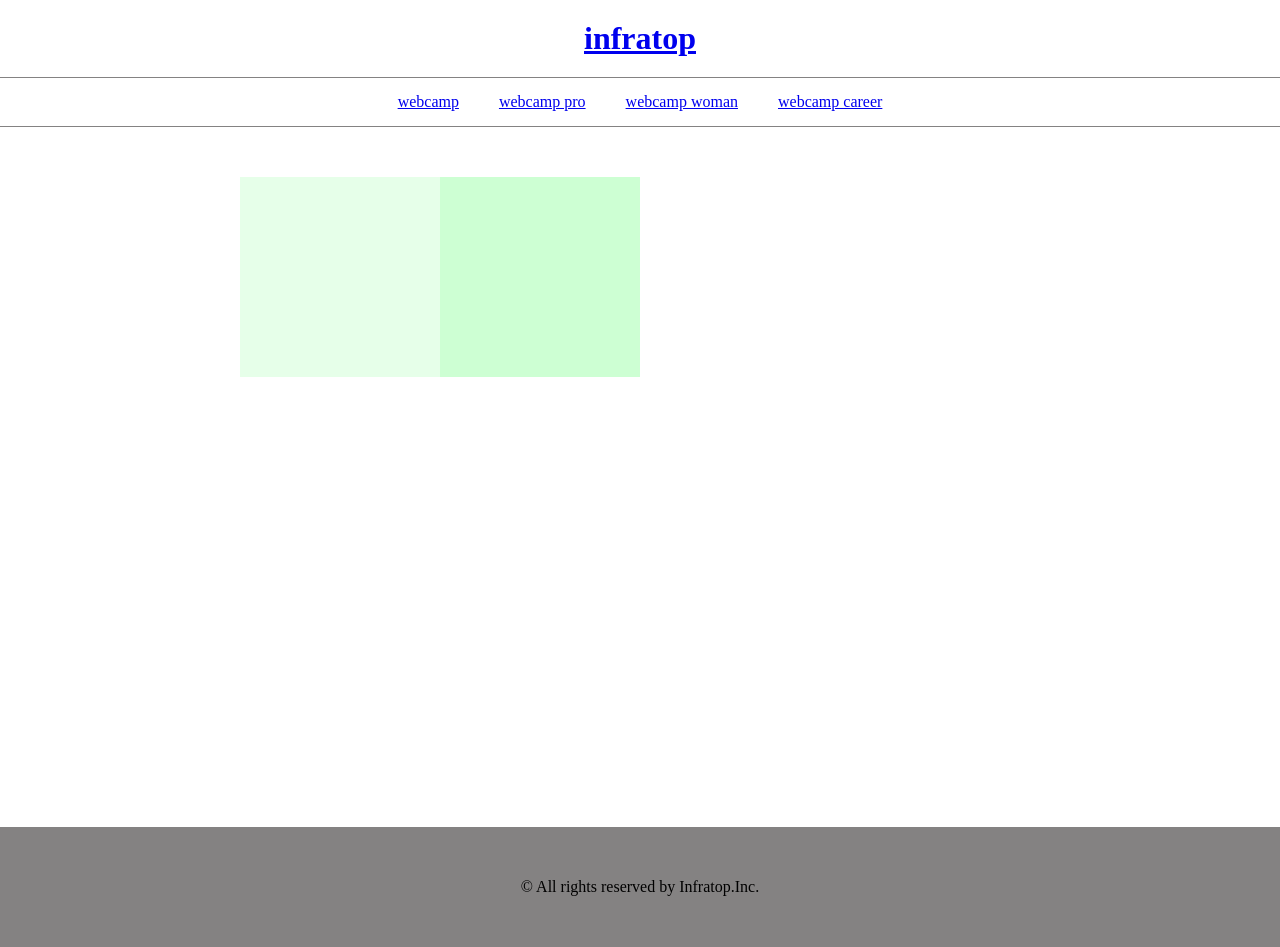
Repository: Yuya0829/HTML
Page: exercise/exercise5.html
The author's editor kept a record of every edit. The page is drawn from the files as they stood at one moment, then again after the next edit.
The browser window is 1280 px wide. The pictures show the whole page.

Above is the page before.

### exercise/exercise5.html
<!DOCTYPE html>
<html lang="ja">
  <head>
    <meta charset="UTF-8" />
    <link rel="stylesheet" href="exercise5.css" />
    <title>EXERCISE5</title>
  </head>

  <body>
    <header>
      <h1 class="heading">
        <a href="exercise5.html">
          infratop
        </a>
      </h1>
    </header>

    <nav>
      <ul class="nav-list">
        <li class="nav-list-item">
          <a href="https://web-camp.io">webcamp</a>
        <li class="nav-list-item">
          <a href="https://web-camp.io">webcamp pro</a>
        <li class="nav-list-item">
          <a href="https://web-camp.io">webcamp woman</a>
        <li class="nav-list-item">
          <a href="https://web-camp.io">webcamp career</a>
        </li>
      </ul>
    </nav>

    <div class="main">
      <div class="box1"></div>
      <div class="box2"></div>
      <div class="box3"></div>
      <div class="box4"></div>
      <div class="box5"></div>
      <div class="box6"></div>
      <div class="box7"></div>
      <div class="box8"></div>
      <div class="box9"></div>
      <div class="box10"></div>
      <div class="box11"></div>
      <div class="box12"></div>
    </div>

    <footer>
      <p class="footer-text">© All rights reserved by Infratop.Inc.</p>
    </footer>
  </body>
</html>

### exercise/exercise5.css
* {
  margin: 0;
  padding: 0;
  box-sizing: border-box;
}

header {
  width: 100%;
  padding: 20px 0;
  margin: 0 auto;
  text-align: center;
}

.nav-list {
  text-align: center;
  padding: 15px 0;
  margin: 0 auto;
  border-bottom: 1px solid #848282;
  border-top: 1px solid #848282;
}

.nav-list-item {
  list-style: none;
  display: inline-block;
  margin: 0 20px;
}

.main {
  width: 800px;
  margin: 50px auto;
  display: flex;
  flex-wrap: wrap;
}

.box1 {
  width: 200px;
  height: 200px;
  background-color: #e6ffe9;
}

.box2 {
  width: 200px;
  height: 200px;
  background-color: #cdffd3;
}

.box3 {
  width: 200px;
  height: 200px;
  background-color: #;
}

.box4 {
  width: 200px;
  height: 200px;
  background-color: #;
}

.box5 {
  width: 200px;
  height: 200px;
  background-color: #;
}

.box6 {
  width: 200px;
  height: 200px;
  background-color: #;
}

.box7 {
  width: 200px;
  height: 200px;
  background-color: #;
}

.box8 {
  width: 200px;
  height: 200px;
  background-color: #;
}

.box9 {
  width: 200px;
  height: 200px;
  background-color: #;
}

.box10 {
  width: 200px;
  height: 200px;
  background-color: #;
}

.box11 {
  width: 200px;
  height: 200px;
  background-color: #;
}

.box12 {
  width: 200px;
  height: 200px;
  background-color: #;
}

footer {
  width: 100%;
  height: 120px;
  text-align: center;
  line-height: 120px;
  background-color: #848282;
}

After the next edit:
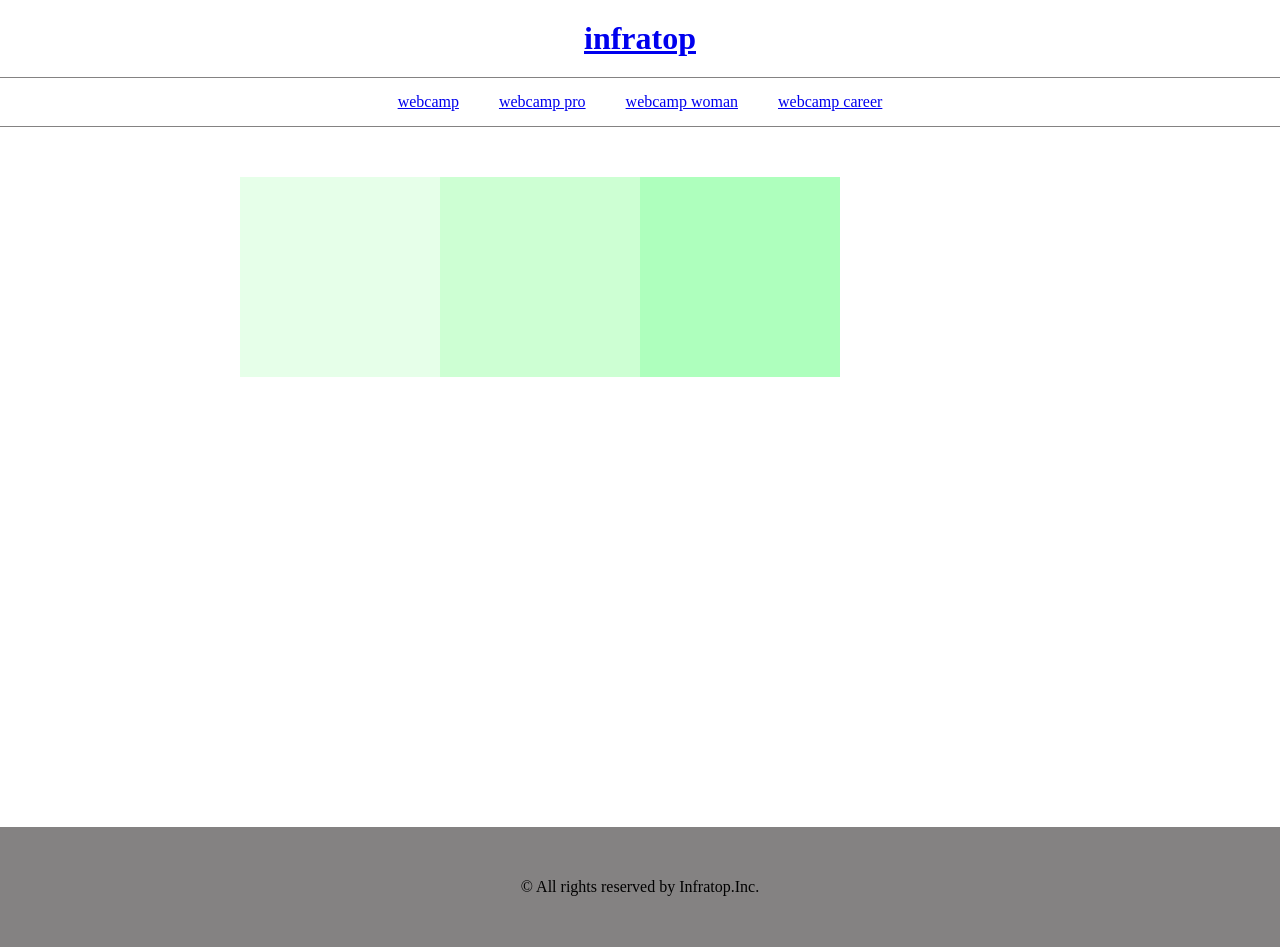
The edit:
--- a/exercise/exercise5.css
+++ b/exercise/exercise5.css
@@ -47,7 +47,7 @@
 .box3 {
   width: 200px;
   height: 200px;
-  background-color: #;
+  background-color: #aeffbd;
 }
 
 .box4 {
